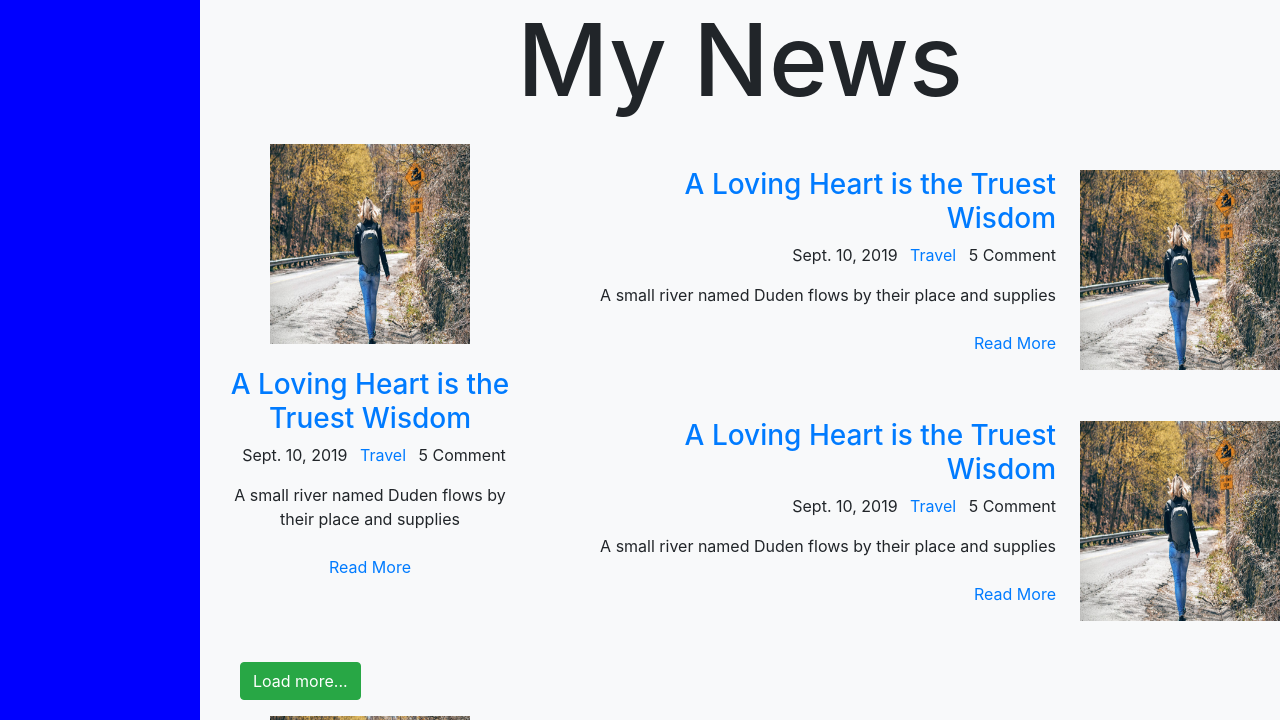
Repository: tts2610/GoogleNews
Page: index.html
The author's editor kept a copy of each file at every save. The page is drawn from the files as they stood at one save, then again after the next save.
The browser window is 1280 px wide. The pictures show the whole page.
An inner scrolling area shows only its first screen.

Above is the page before, as saved 2020-05-20 14:24:48.

### index.html
<!DOCTYPE html>
<html lang="en">

<head>
    <meta charset="UTF-8">
    <meta name="viewport" content="width=device-width, initial-scale=1.0">
    <title>Document</title>
    <link rel="stylesheet" href="https://maxcdn.bootstrapcdn.com/bootstrap/4.4.1/css/bootstrap.min.css">

    <!-- jQuery library -->
    <script src="https://ajax.googleapis.com/ajax/libs/jquery/3.5.1/jquery.min.js"></script>

    <!-- Popper JS -->
    <script src="https://cdnjs.cloudflare.com/ajax/libs/popper.js/1.16.0/umd/popper.min.js"></script>

    <!-- Latest compiled JavaScript -->
    <script src="https://maxcdn.bootstrapcdn.com/bootstrap/4.4.1/js/bootstrap.min.js"></script>
    <link rel="stylesheet" href="css/style.css">

    <link href="https://unpkg.com/aos@2.3.1/dist/aos.css" rel="stylesheet">
</head>

<body>
    <div class="myContainer">
        <div class="sidenav"></div>
        <div class="content" id="myContent">
            <div class="content-header mb-4">
                <h1 style="font-size: 100px; text-align: center;">My News</h1>
            </div>
            <div class="row">
                <div class="col-4 d-flex">
                    <div class="blog-entry-left">
                        <div>
                            <img src="img/image_8.jpg" width="200" height="200">
                        </div>
                        <div class="text p-4" style="text-align: center;">
                            <h3 class="mb-2"><a href="single.html">A Loving Heart is the Truest Wisdom</a></h3>
                            <div class="meta-wrap">
                                <p class="meta">
                                    <span><i class="icon-calendar mr-2"></i>Sept. 10, 2019</span>
                                    <span><a href="single.html"><i class="icon-folder-o mr-2"></i>Travel</a></span>
                                    <span><i class="icon-comment2 mr-2"></i>5 Comment</span>
                                </p>
                            </div>
                            <p class="mb-4">A small river named Duden flows by their place and supplies</p>
                            <p><a href="#" class="btn-custom">Read More <span class="ion-ios-arrow-forward"></span></a></p>
                        </div>
                    </div>
                </div>
                <div class="col-8 d-flex">
                    <div class="row">
                        <div class="col-md-12">
                            <div class="blog-entry ftco-animate d-md-flex align-items-center">
                                <div class="text text-2 text-md-right p-4">
                                    <h3 class="mb-2"><a href="single.html">A Loving Heart is the Truest Wisdom</a></h3>
                                    <div class="meta-wrap">
                                        <p class="meta">
                                            <span><i class="icon-calendar mr-2"></i>Sept. 10, 2019</span>
                                            <span><a href="single.html"><i class="icon-folder-o mr-2"></i>Travel</a></span>
                                            <span><i class="icon-comment2 mr-2"></i>5 Comment</span>
                                        </p>
                                    </div>
                                    <p class="mb-4">A small river named Duden flows by their place and supplies</p>
                                    <p><a href="#" class="btn-custom">Read More <span class="ion-ios-arrow-forward"></span></a></p>
                                </div>
                                <div class="news-img"><img src="img/image_8.jpg" width="200" height="200"></div>
                            </div>
                        </div>
                        <div class="col-md-12">
                            <div class="blog-entry ftco-animate d-md-flex align-items-center">
                                <div class="text text-2 text-md-right p-4">
                                    <h3 class="mb-2"><a href="single.html">A Loving Heart is the Truest Wisdom</a></h3>
                                    <div class="meta-wrap">
                                        <p class="meta">
                                            <span><i class="icon-calendar mr-2"></i>Sept. 10, 2019</span>
                                            <span><a href="single.html"><i class="icon-folder-o mr-2"></i>Travel</a></span>
                                            <span><i class="icon-comment2 mr-2"></i>5 Comment</span>
                                        </p>
                                    </div>
                                    <p class="mb-4">A small river named Duden flows by their place and supplies</p>
                                    <p><a href="#" class="btn-custom">Read More <span class="ion-ios-arrow-forward"></span></a></p>
                                </div>
                                <div class="news-img"><img src="img/image_8.jpg" width="200" height="200"></div>
                            </div>
                        </div>
                    </div>
                </div>
            </div>
            <button type="button" id="loadMoreBtn" class="btn btn-success my-3" style="margin-left: 40px;">Load more...</button>
            <div class="row">
                <div class="col-4 d-flex">
                    <div class="blog-entry-left">
                        <div>
                            <img src="img/image_8.jpg" width="200" height="200">
                        </div>
                        <div class="text p-4" style="text-align: center;">
                            <h3 class="mb-2"><a href="single.html">A Loving Heart is the Truest Wisdom</a></h3>
                            <div class="meta-wrap">
                                <p class="meta">
                                    <span><i class="icon-calendar mr-2"></i>Sept. 10, 2019</span>
                                    <span><a href="single.html"><i class="icon-folder-o mr-2"></i>Travel</a></span>
                                    <span><i class="icon-comment2 mr-2"></i>5 Comment</span>
                                </p>
                            </div>
                            <p class="mb-4">A small river named Duden flows by their place and supplies</p>
                            <p><a href="#" class="btn-custom">Read More <span class="ion-ios-arrow-forward"></span></a></p>
                        </div>
                    </div>
                </div>
                <div class="col-8 d-flex">
                    <div class="row">
                        <div class="col-md-12">
                            <div class="blog-entry ftco-animate d-md-flex align-items-center">
                                <div class="text text-2 text-md-right p-4">
                                    <h3 class="mb-2"><a href="single.html">A Loving Heart is the Truest Wisdom</a></h3>
                                    <div class="meta-wrap">
                                        <p class="meta">
                                            <span><i class="icon-calendar mr-2"></i>Sept. 10, 2019</span>
                                            <span><a href="single.html"><i class="icon-folder-o mr-2"></i>Travel</a></span>
                                            <span><i class="icon-comment2 mr-2"></i>5 Comment</span>
                                        </p>
                                    </div>
                                    <p class="mb-4">A small river named Duden flows by their place and supplies</p>
                                    <p><a href="#" class="btn-custom">Read More <span class="ion-ios-arrow-forward"></span></a></p>
                                </div>
                                <div class="news-img"><img src="img/image_8.jpg" width="200" height="200"></div>
                            </div>
                        </div>
                        <div class="col-md-12">
                            <div class="blog-entry ftco-animate d-md-flex align-items-center">
                                <div class="text text-2 text-md-right p-4">
                                    <h3 class="mb-2"><a href="single.html">A Loving Heart is the Truest Wisdom</a></h3>
                                    <div class="meta-wrap">
                                        <p class="meta">
                                            <span><i class="icon-calendar mr-2"></i>Sept. 10, 2019</span>
                                            <span><a href="single.html"><i class="icon-folder-o mr-2"></i>Travel</a></span>
                                            <span><i class="icon-comment2 mr-2"></i>5 Comment</span>
                                        </p>
                                    </div>
                                    <p class="mb-4">A small river named Duden flows by their place and supplies</p>
                                    <p><a href="#" class="btn-custom">Read More <span class="ion-ios-arrow-forward"></span></a></p>
                                </div>
                                <div class="news-img"><img src="img/image_8.jpg" width="200" height="200"></div>
                            </div>
                        </div>
                    </div>
                </div>
            </div>
        </div>
    </div>

    <script src="js/script.js"></script>
    <script src="https://unpkg.com/aos@2.3.1/dist/aos.js"></script>
    <script>
        AOS.init();
    </script>
</body>

</html>

### css/style.css
body {
    margin: 0
}

.myContainer {
    display: flex;
    justify-content: start;
}

.sidenav {
    min-height: 100vh;
    width: 200px;
    float: left;
    position: relative;
    background-color: blue;
}

.content {
    height: 100vh;
    width: calc(100% - 200px);
    float: right;
    position: relative;
    background-color: #f8f9fa;
    overflow-y: scroll;
}

.blog-entry-left {
    display: flex;
    flex-direction: column;
    align-items: center;
}

Loaded but not shown: js/script.js (common file)

After the next save:
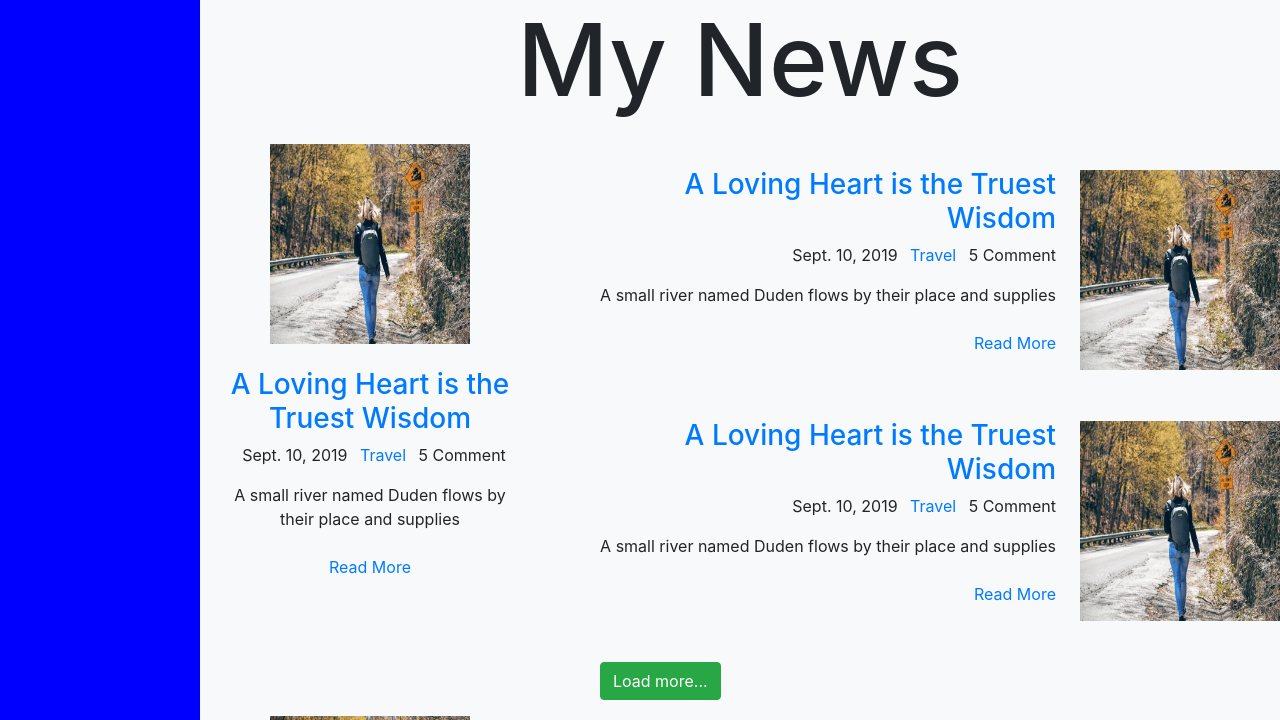
Saved 7 s later.
--- a/index.html
+++ b/index.html
@@ -86,7 +86,7 @@
                     </div>
                 </div>
             </div>
-            <button type="button" id="loadMoreBtn" class="btn btn-success my-3" style="margin-left: 40px;">Load more...</button>
+            <button type="button" id="loadMoreBtn" class="btn btn-success my-3" style="margin-left: 400px;">Load more...</button>
             <div class="row">
                 <div class="col-4 d-flex">
                     <div class="blog-entry-left">
